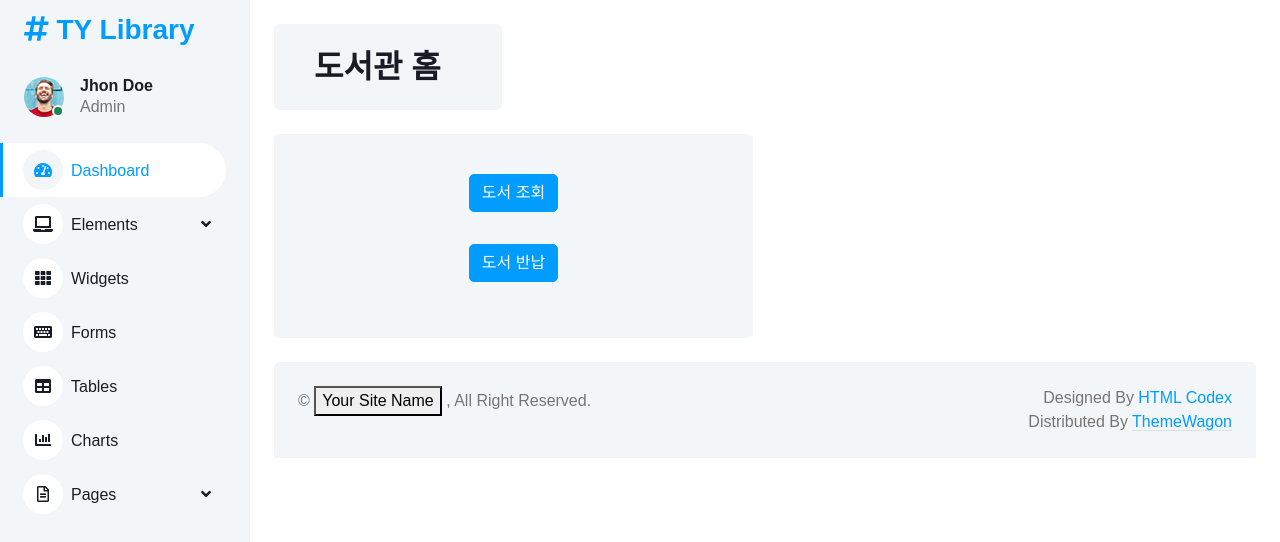
Repository: maryong2/myfirstgitproject
Page: http://localhost/library/WEB-INF/views/admin/librarian-home.jsp
An editor plug-in stored every save of this project. The page is shown before and after the next save, followed by the edit.
The browser window is 1280 px wide. The pictures show the whole page.
Some web fonts or font styles are not loaded; a fallback is used. Some web libraries are served in a nearby version. The page is served by Tomcat 9. Nobody is signed in. The template is opened directly, without the code that normally fills it, so the values that code supplies are empty.

Above is the page before, as saved 2023-11-26 08:47:57.
Console error: ReferenceError: $ is not defined

After the next save:
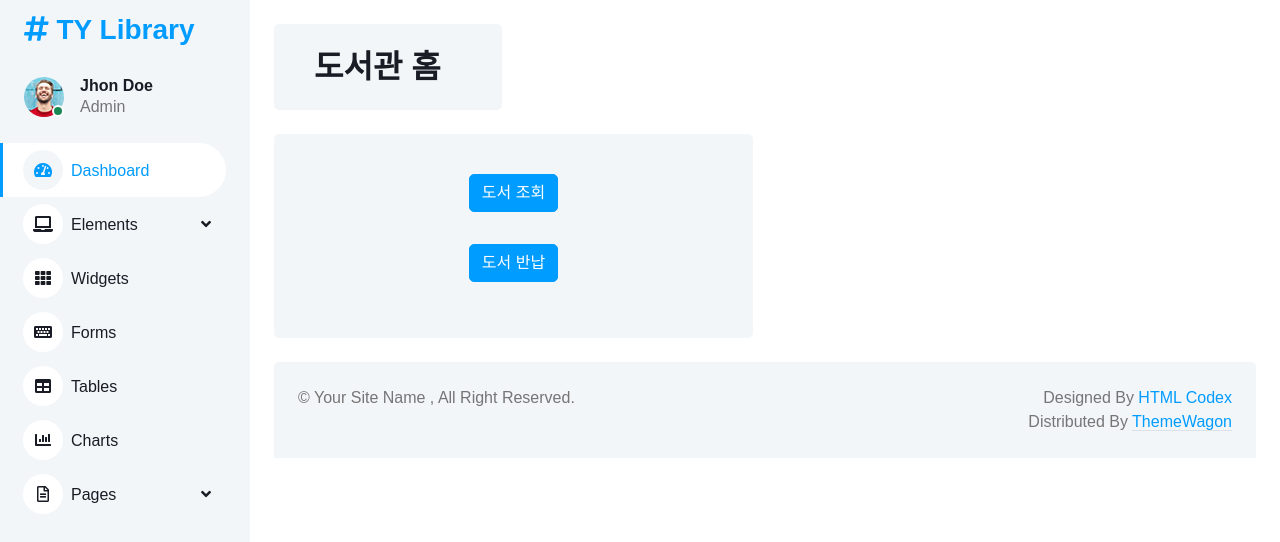
Saved 25 s later.
--- a/library/src/main/webapp/WEB-INF/views/admin/librarian-home.jsp
+++ b/library/src/main/webapp/WEB-INF/views/admin/librarian-home.jsp
@@ -189,7 +189,7 @@
 					<div class="row">
 						<div class="col-12 col-sm-6 text-center text-sm-start">
 							&copy;
-							<button id="out">Your Site Name</button>
+							<a id="out">Your Site Name</a>
 							, All Right Reserved.
 						</div>
 						<div class="col-12 col-sm-6 text-center text-sm-end">
